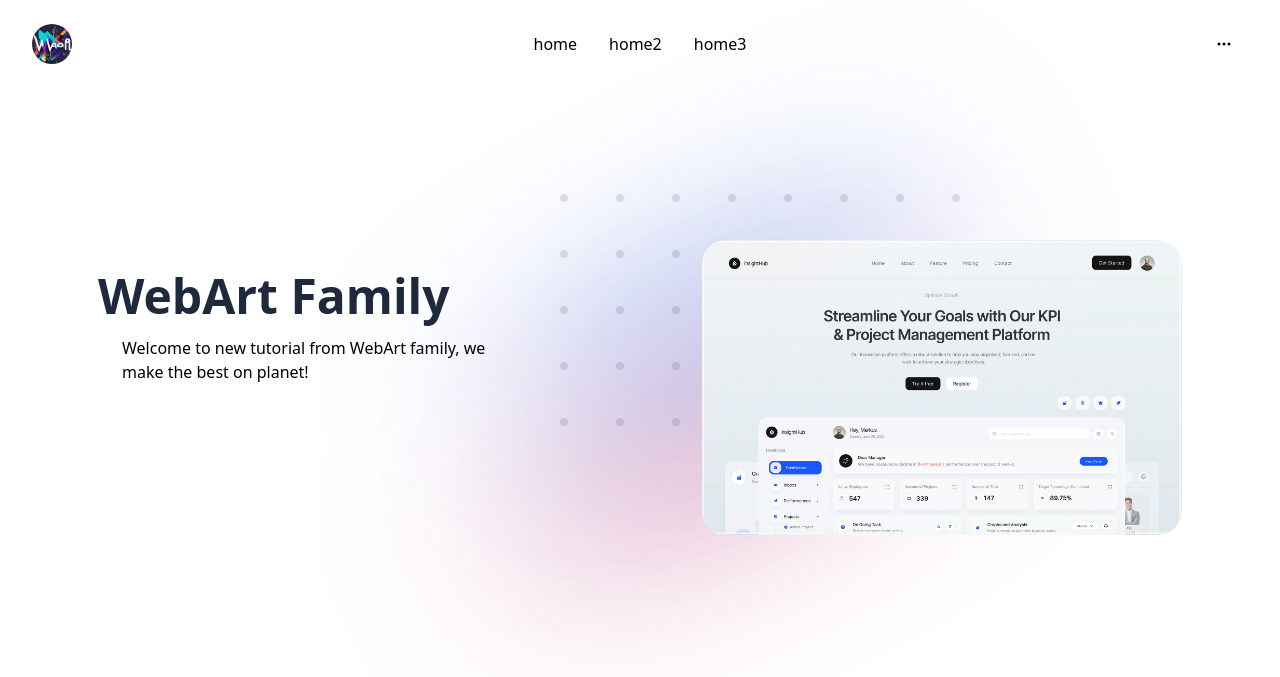
Repository: 30namp/youtube-web-art-code
Page: stunning landing page 1/index.html
An editor plug-in stored every save of this project. The page is shown before and after the next save, followed by the edit.
The browser window is 1280 px wide. The pictures show the whole page.

Above is the page before, as saved 2024-09-26 21:10:45.

After the next save:
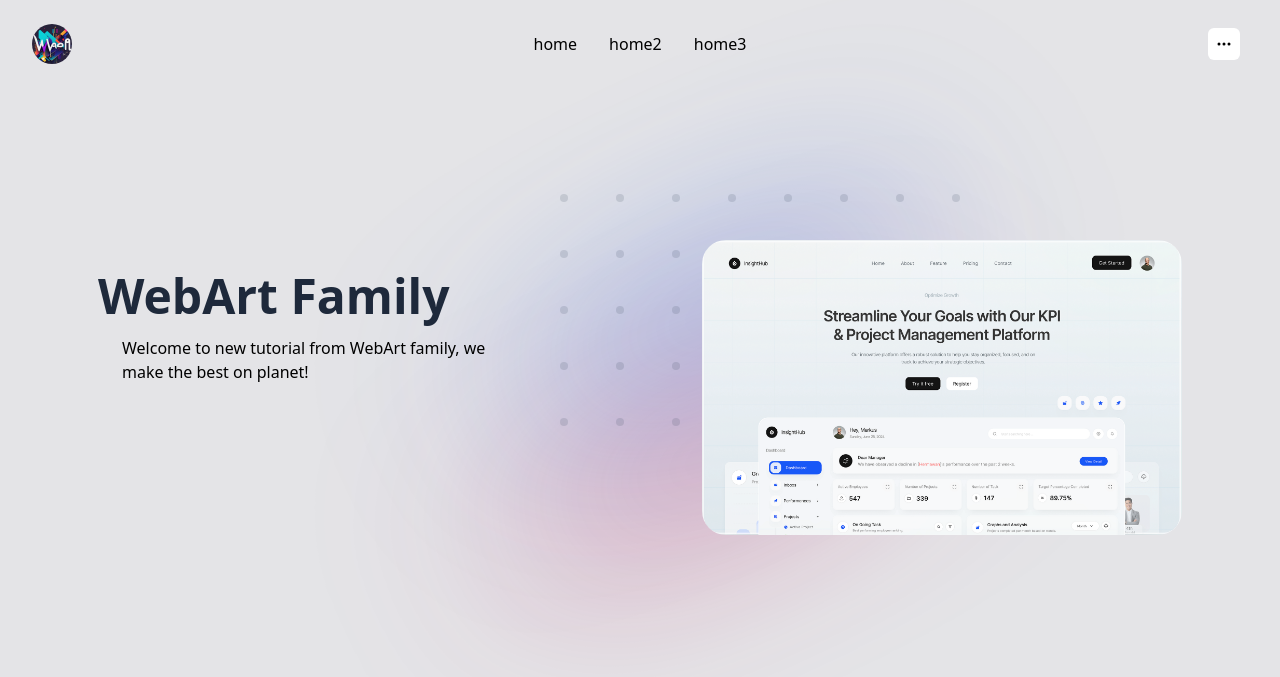
Saved 14 s later.
--- a/stunning landing page 1/index.html
+++ b/stunning landing page 1/index.html
@@ -6,7 +6,7 @@
     <title>WebArt Design</title>
     <script src="./tailwindcss.min.js"></script>
   </head>
-  <body class="min-h-screen">
+  <body class="min-h-screen bg-zinc-200">
     <div
       class="absolute right-[25%] top-[60%] h-12 w-[30rem] rounded-[100%] rotate-[-25deg] bg-pink-700 blur-[6rem]"
     ></div>

After the save that followed:
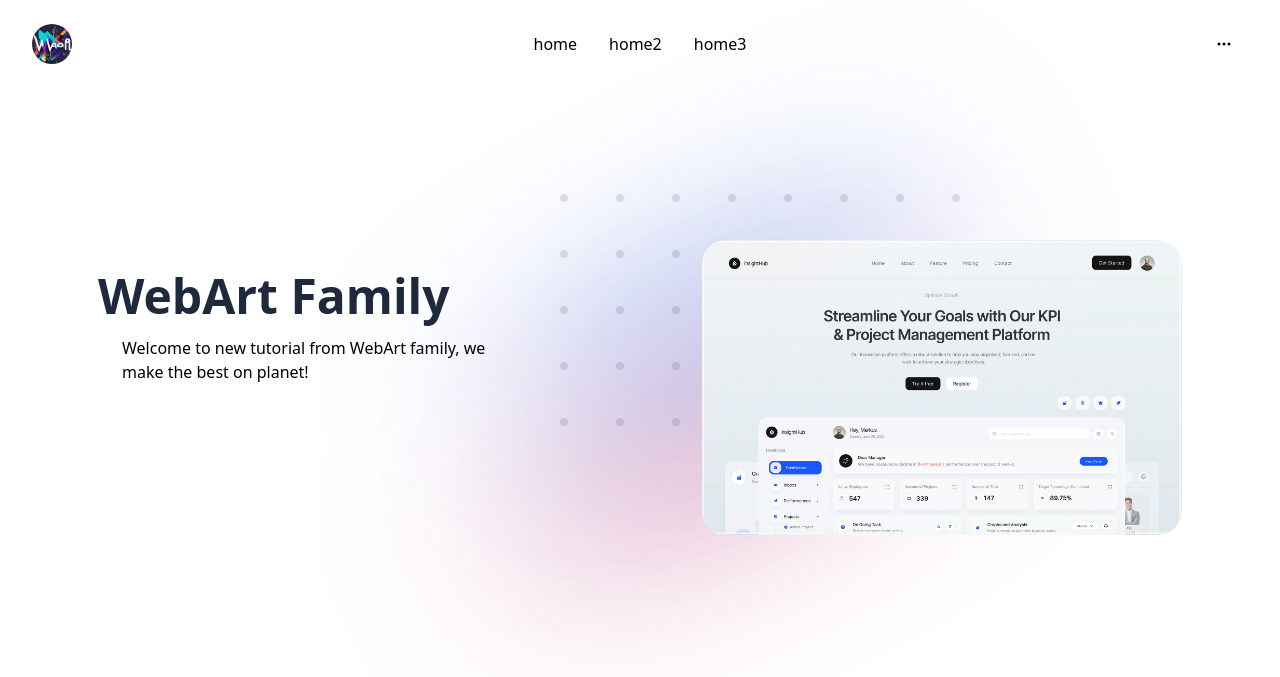
Saved 7 s later.
--- a/stunning landing page 1/index.html
+++ b/stunning landing page 1/index.html
@@ -6,7 +6,7 @@
     <title>WebArt Design</title>
     <script src="./tailwindcss.min.js"></script>
   </head>
-  <body class="min-h-screen bg-zinc-200">
+  <body class="min-h-screen bg-zinc-150">
     <div
       class="absolute right-[25%] top-[60%] h-12 w-[30rem] rounded-[100%] rotate-[-25deg] bg-pink-700 blur-[6rem]"
     ></div>
